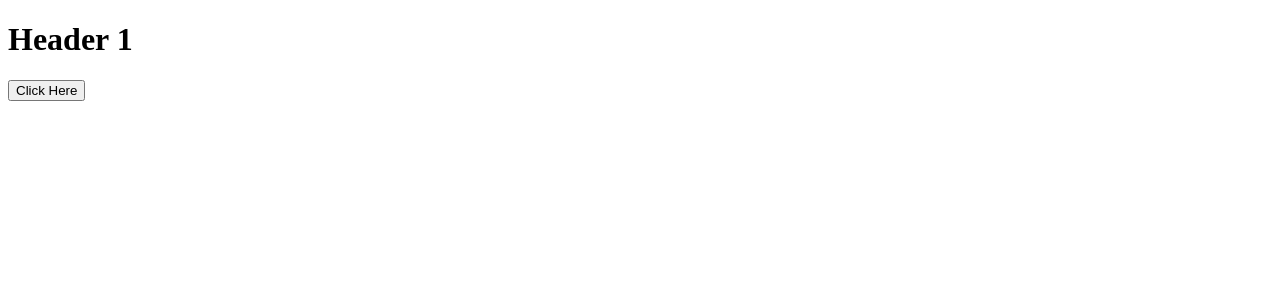
Repository: beefybroccoli/vanilla_javascript
Page: index.html
The author's editor kept a copy of each file at every save. The page is drawn from the files as they stood at one save, then again after the next save.
The browser window is 1280 px wide. The pictures show the whole page.

Above is the page before, as saved 2022-04-19 13:11:04.
Console error: SyntaxError: Unexpected token 'export'

After the next save:
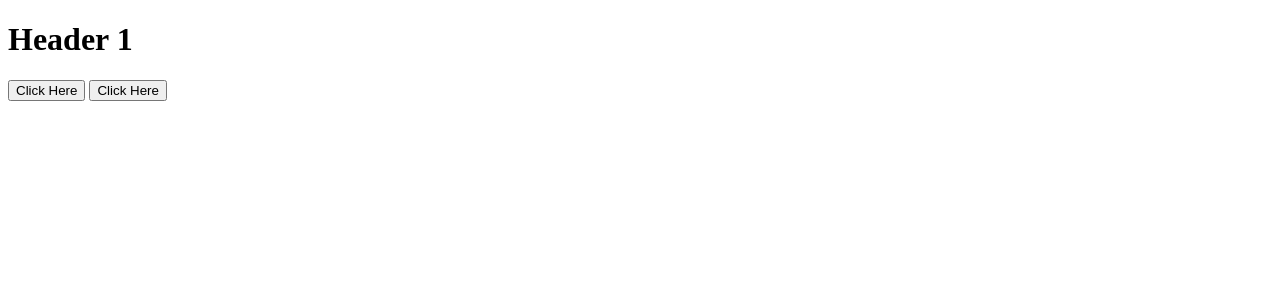
Saved 7 s later.
--- a/index.html
+++ b/index.html
@@ -7,6 +7,7 @@
         <script type="text/javascript" src="service.js"></script>
         <h1>Header 1</h1>
         <button type="button" onclick="getUserData()"> Click Here </button>
+        <button type="button" onclick="getUserData()"> Click Here </button>
 
 
     </body>
